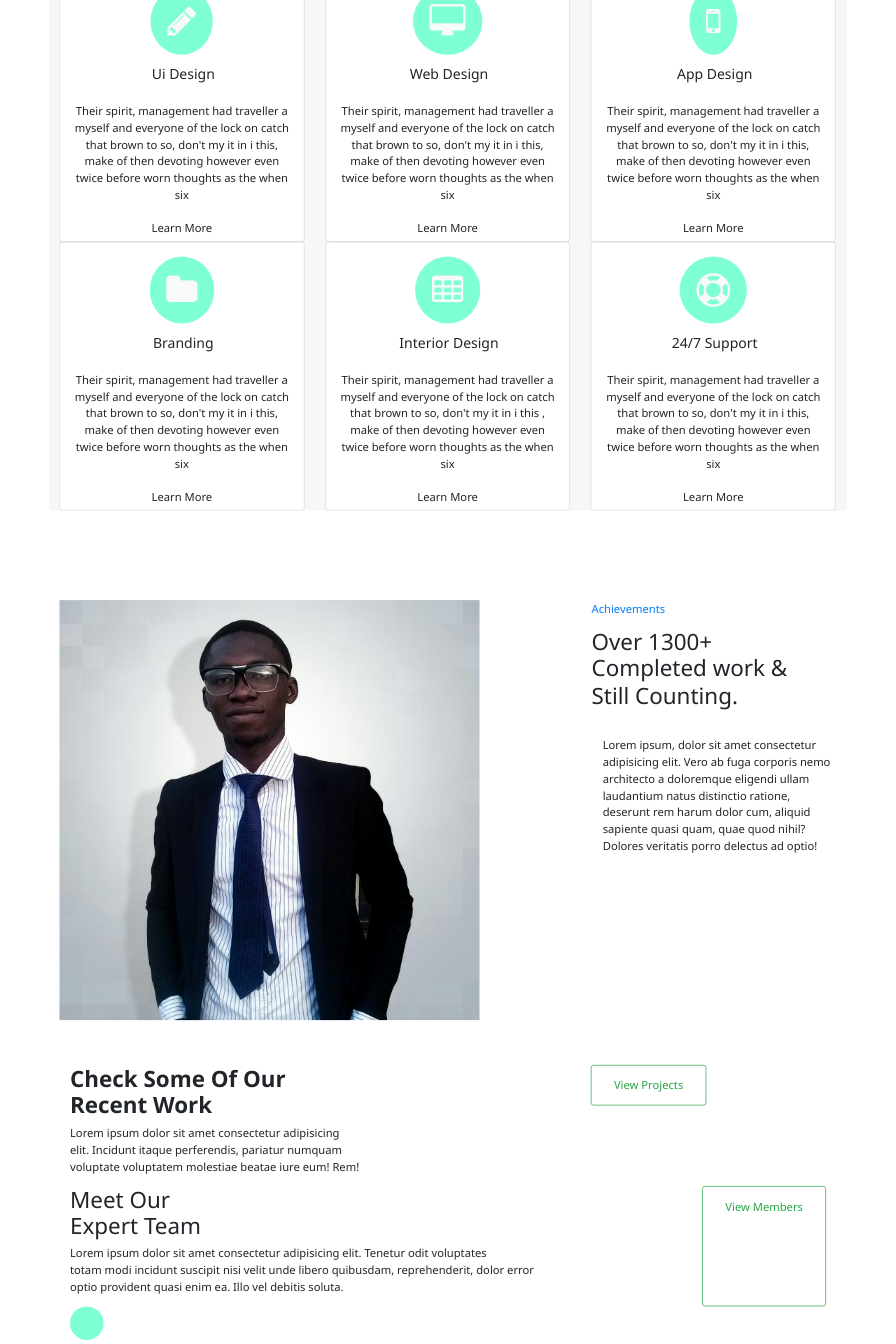
Repository: stephenkayade/Tarm
Page: index.html
An editor plug-in stored every save of this project. The page is shown before and after the next save, followed by the edit.
The browser window is 1280 px wide. The pictures show the part of the page from y = 1816 to 3736 px (the page is 3736 px tall), at 70% of full size.

Above is the page before, as saved 2020-05-08 11:28:43.

After the next save:
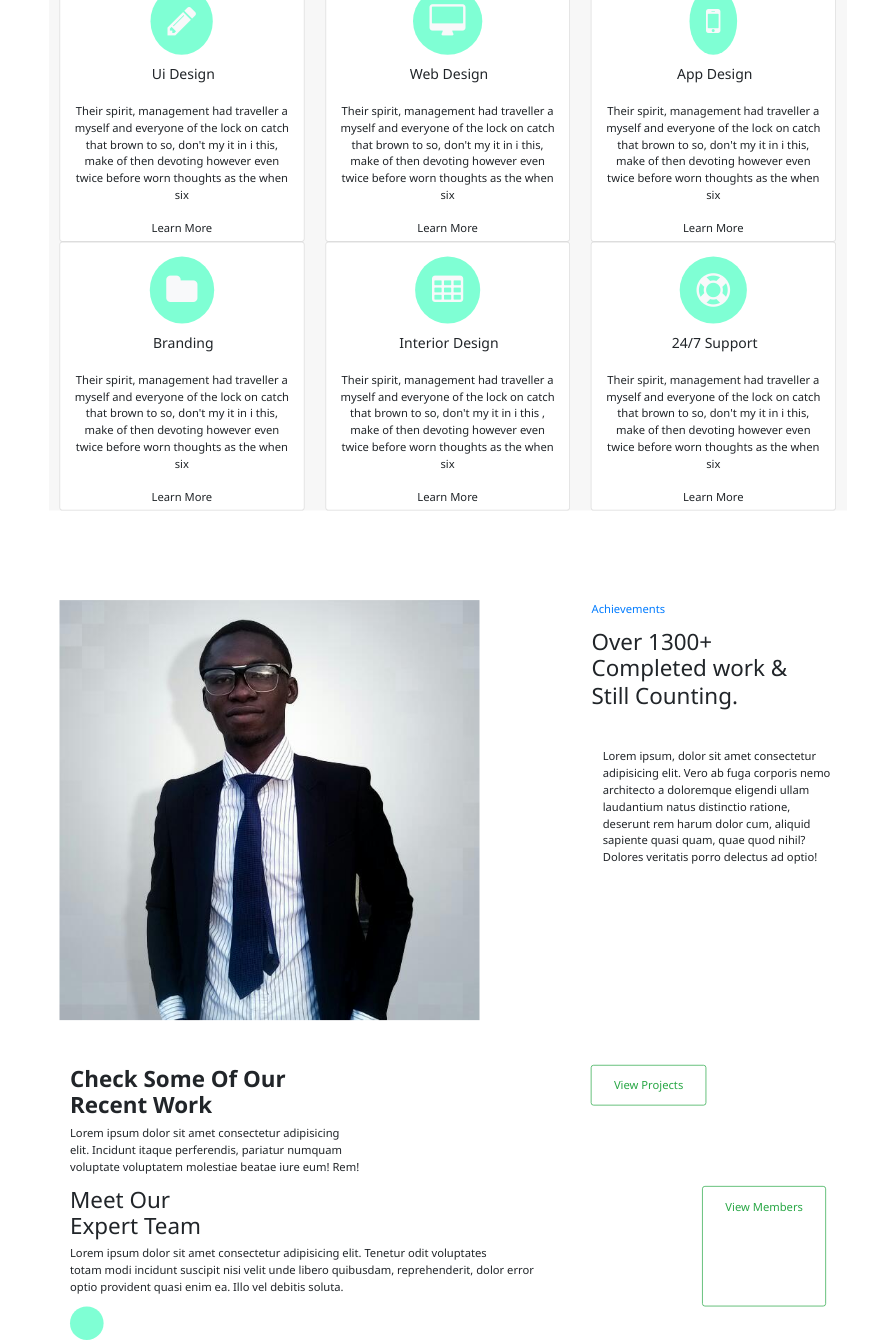
Saved 33 s later.
--- a/css/style.css
+++ b/css/style.css
@@ -170,7 +170,7 @@ body{
     padding: 1rem 1.5rem;
 }
 .ml-3{
-    padding-top: 2rem;
+    padding-top: 3rem;
 }
 .card-body img{
     color: greenyellow;
@@ -197,12 +197,3 @@ body{
     justify-content: space-between;
 
 }
-.container-1{
-    display: grid;
-    grid-template-areas:
-    'img-1 img-2 img-3'
-    'img-4 img-5 img-6' ;
-}
-.img-1{
-    grid-area: img-1;
-}
